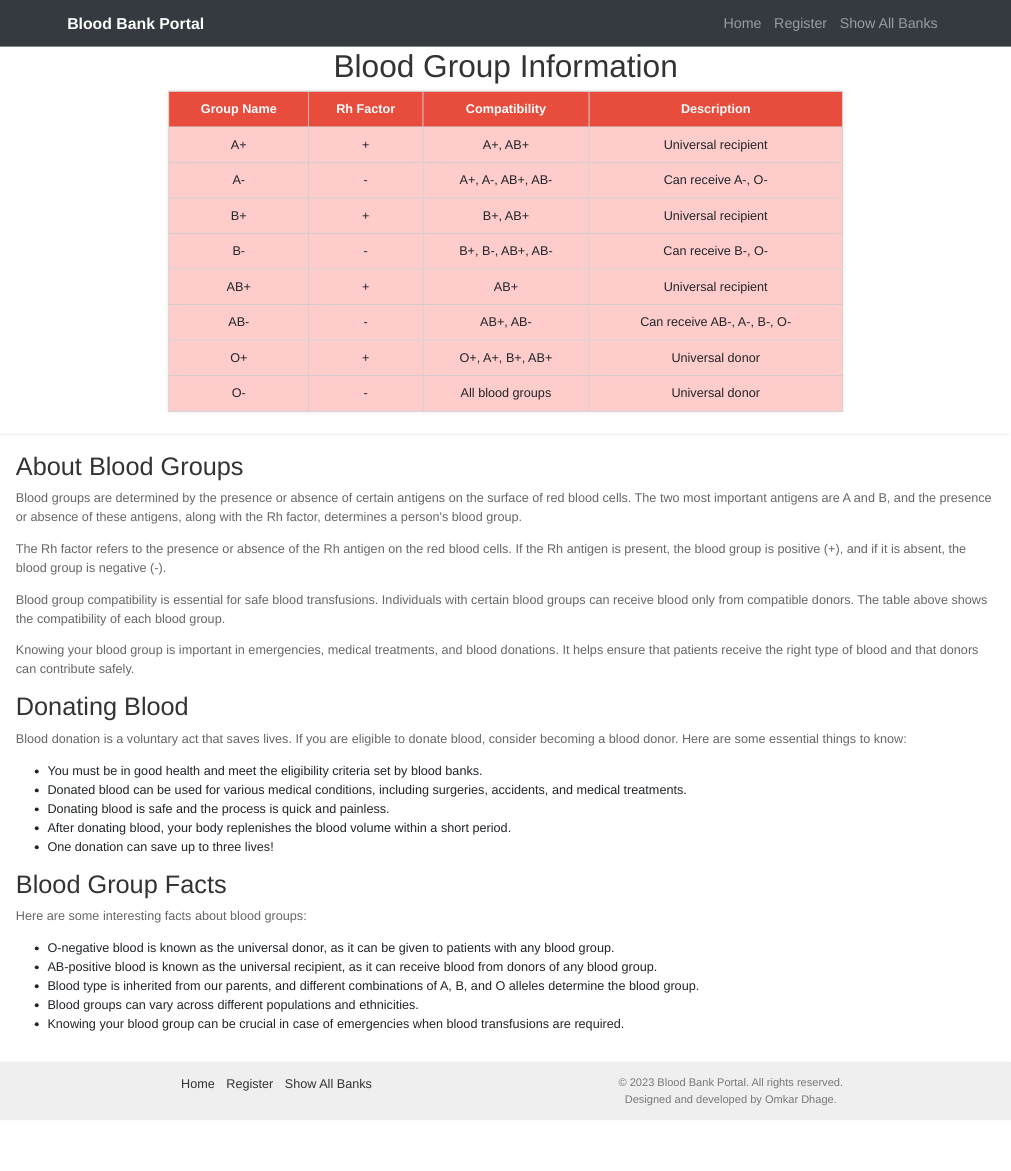
Repository: omi4535/Decentralized_Blood_Bank_System
Page: http://localhost/blood_bank_system/blood_groups_info.jsp
The author's editor kept a copy of each file at every save. The page is drawn from the files as they stood at one save, then again after the next save.
The browser window is 1280 px wide. The pictures show the whole page, at 79% of full size.
Some web libraries are served in a nearby version. The page is served by Tomcat 9. Other server files are loaded and not shown.

Above is the page before, as saved 2023-07-04 19:51:40.

### blood bank system/src/main/webapp/blood_groups_info.jsp
<%@ page language="java" contentType="text/html; charset=UTF-8"
    pageEncoding="UTF-8"%>
<!DOCTYPE html>
<html>
<head>
    <title>Blood Group Information</title>
    <style>
        body {
            font-family: Arial, sans-serif;
            margin: 20px;
            background-color: #f2f2f2;
        }

        h1 {
            text-align: center;
            color: #333;
        }

        table {
         text-align: center;
           width: 66.67%;
           	margin:  auto;
            border-collapse: collapse;
            margin-top: 20px;
            background-color: #fff;
            box-shadow: 0 0 5px rgba(0, 0, 0, 0.1);
        }

        th, td {
            padding: 10px;
            text-align: left;
            border-bottom: 1px solid #ddd;
        }

        th {
            background-color: #f5f5f5;
            font-weight: bold;
            color: #333;
        }

        .info-section {
            margin-top: 30px;
            padding: 20px;
            background-color: #fff;
            box-shadow: 0 0 5px rgba(0, 0, 0, 0.1);
        }

        .info-section h2 {
            color: #333;
            margin-bottom: 10px;
        }

        .info-section p {
            color: #666;
            line-height: 1.5;
        }
         table {
        width: 66.67%;
        margin: 0 auto;
        border-collapse: collapse;
    }

    th {
        background-color: #E74C3C; /* Red color for table header */
        color: #FFFFFF; /* White text color for table header */
        text-align: center;
        padding: 10px;
        border: 1px solid #CCCCCC;
    }

     td {

    background-color: #ffcccc;
     text-align: center;
        padding: 10px;
        border: 1px solid #CCCCCC; /* Light gray border color for table cells */
    }

    tr:nth-child(even) {
        background-color: #F2F2F2; /* Light gray background color for even rows */
    }

    tr:hover {
        background-color: #ff4d4d; /* Yellow background color for hover effect on rows */
    }
    </style>
</head>
<body>
 <%@ include file="NavBar.jsp"  %>
    <h1>Blood Group Information</h1>

    <table>
        <tr>
            <th>Group Name</th>
            <th>Rh Factor</th>
            <th>Compatibility</th>
            <th>Description</th>
        </tr>
        <tr>
            <td>A+</td>
            <td>+</td>
            <td>A+, AB+</td>
            <td>Universal recipient</td>
        </tr>
        <tr>
            <td>A-</td>
            <td>-</td>
            <td>A+, A-, AB+, AB-</td>
            <td>Can receive A-, O-</td>
        </tr>
        <tr>
            <td>B+</td>
            <td>+</td>
            <td>B+, AB+</td>
            <td>Universal recipient</td>
        </tr>
        <tr>
            <td>B-</td>
            <td>-</td>
            <td>B+, B-, AB+, AB-</td>
            <td>Can receive B-, O-</td>
        </tr>
        <tr>
            <td>AB+</td>
            <td>+</td>
            <td>AB+</td>
            <td>Universal recipient</td>
        </tr>
        <tr>
            <td>AB-</td>
            <td>-</td>
            <td>AB+, AB-</td>
            <td>Can receive AB-, A-, B-, O-</td>
        </tr>
        <tr>
            <td>O+</td>
            <td>+</td>
            <td>O+, A+, B+, AB+</td>
            <td>Universal donor</td>
        </tr>
        <tr>
            <td>O-</td>
            <td>-</td>
            <td>All blood groups</td>
            <td>Universal donor</td>
        </tr>
    </table>

    <div class="info-section">
          <h2>About Blood Groups</h2>
        <p>Blood groups are determined by the presence or absence of certain antigens on the surface of red blood cells. The two most important antigens are A and B, and the presence or absence of these antigens, along with the Rh factor, determines a person's blood group.</p>
        <p>The Rh factor refers to the presence or absence of the Rh antigen on the red blood cells. If the Rh antigen is present, the blood group is positive (+), and if it is absent, the blood group is negative (-).</p>
        <p>Blood group compatibility is essential for safe blood transfusions. Individuals with certain blood groups can receive blood only from compatible donors. The table above shows the compatibility of each blood group.</p>
        <p>Knowing your blood group is important in emergencies, medical treatments, and blood donations. It helps ensure that patients receive the right type of blood and that donors can contribute safely.</p>

        <h2>Donating Blood</h2>
        <p>Blood donation is a voluntary act that saves lives. If you are eligible to donate blood, consider becoming a blood donor. Here are some essential things to know:</p>
        <ul>
            <li>You must be in good health and meet the eligibility criteria set by blood banks.</li>
            <li>Donated blood can be used for various medical conditions, including surgeries, accidents, and medical treatments.</li>
            <li>Donating blood is safe and the process is quick and painless.</li>
            <li>After donating blood, your body replenishes the blood volume within a short period.</li>
            <li>One donation can save up to three lives!</li>
        </ul>
        <h2>Blood Group Facts</h2>
        <p>Here are some interesting facts about blood groups:</p>
        <ul>
            <li>O-negative blood is known as the universal donor, as it can be given to patients with any blood group.</li>
            <li>AB-positive blood is known as the universal recipient, as it can receive blood from donors of any blood group.</li>
            <li>Blood type is inherited from our parents, and different combinations of A, B, and O alleles determine the blood group.</li>
            <li>Blood groups can vary across different populations and ethnicities.</li>
            <li>Knowing your blood group can be crucial in case of emergencies when blood transfusions are required.</li>
        </ul></div>
     <%@ include file="footer.jsp"  %>
</body>
</html>

### blood bank system/src/main/webapp/NavBar.jsp
<%@ page language="java" contentType="text/html; charset=UTF-8"
    pageEncoding="UTF-8"%>
<!DOCTYPE html>
<html>
<head>
    <meta charset="UTF-8">
    <meta name="viewport" content="width=device-width, initial-scale=1.0">
    <title>Blood Bank Portal</title>
    <link rel="stylesheet" href="https://maxcdn.bootstrapcdn.com/bootstrap/4.5.2/css/bootstrap.min.css">
    <style>
        .navbar-brand {
            font-weight: bold;
        }

        .navbar-nav .nav-link {
            font-size: 18px;
        }
    </style>
</head>
<body>
    <nav class="navbar navbar-expand-lg navbar-dark bg-dark">
        <div class="container">
            <a class="navbar-brand" href="index.jsp">Blood Bank Portal</a>
            <button class="navbar-toggler" type="button" data-toggle="collapse" data-target="#navbarNav" aria-controls="navbarNav" aria-expanded="false" aria-label="Toggle navigation">
                <span class="navbar-toggler-icon"></span>
            </button>
            <div class="collapse navbar-collapse" id="navbarNav">
                <ul class="navbar-nav ml-auto">
                    <li class="nav-item">
                        <a class="nav-link" href="index.jsp">Home</a>
                    </li>
                    <li class="nav-item">
                        <a class="nav-link" href="registration.jsp">Register</a>
                    </li>
                    <li class="nav-item">
                        <a class="nav-link" href="/all_banks">Show All Banks</a>
                    </li>
                </ul>

            </div>
        </div>
    </nav>

</body>
</html>

### blood bank system/src/main/webapp/footer.jsp
<%@ page language="java" contentType="text/html; charset=UTF-8"
	pageEncoding="UTF-8"%>
<!DOCTYPE html>
<html lang="en">
<head>
<meta charset="UTF-8">
<meta name="viewport" content="width=device-width, initial-scale=1.0">
<title>Blood Bank Portal</title>
<link rel="stylesheet"
	href="https://maxcdn.bootstrapcdn.com/bootstrap/4.5.2/css/bootstrap.min.css">
<style>

*,
*:before,
*:after {
  -webkit-box-sizing: border-box;
  -moz-box-sizing:    border-box;
  box-sizing:         border-box;
}

html {
  height: 100%;
}

body {
  position: relative;
  margin: 0;
  padding-bottom: 4rem;
  min-height: 100%;
  font-family: "Helvetica Neue", Arial, sans-serif;
}

.footer {
	background-color: #f8f9fa;
	padding: 20px;
	position: relative;
	right: 0;
	bottom: 0;
	left: 0;
	padding: 1rem;
	background-color: #efefef;
	text-align: center;
}

.footer-links a {
	color: #333;
	margin-right: 10px;
}

.footer-info {
	color: #777;
	font-size: 14px;
}
</style>
</head>
<body>


	<footer class="footer">
		<div class="container">
			<div class="row">
				<div class="col-md-6">
					<div class="footer-links">
						<a href="index.jsp">Home</a>
						<a href="registration.jsp">Register</a>
						<a href="All_banks.jsp">Show All Banks</a>
					</div>
				</div>
				<div class="col-md-6">
					<div class="footer-info">
						&copy; 2023 Blood Bank Portal. All rights reserved. <br>
						Designed and developed by Omkar Dhage.
					</div>
				</div>
			</div>
		</div>
	</footer>

	<script src="https://code.jquery.com/jquery-3.5.1.slim.min.js"></script>
	<script
		src="https://cdn.jsdelivr.net/npm/@popperjs/core@1.16.0/dist/umd/popper.min.js"></script>
	<script
		src="https://maxcdn.bootstrapcdn.com/bootstrap/4.5.2/js/bootstrap.min.js"></script>
</body>
</html>

After the next save:
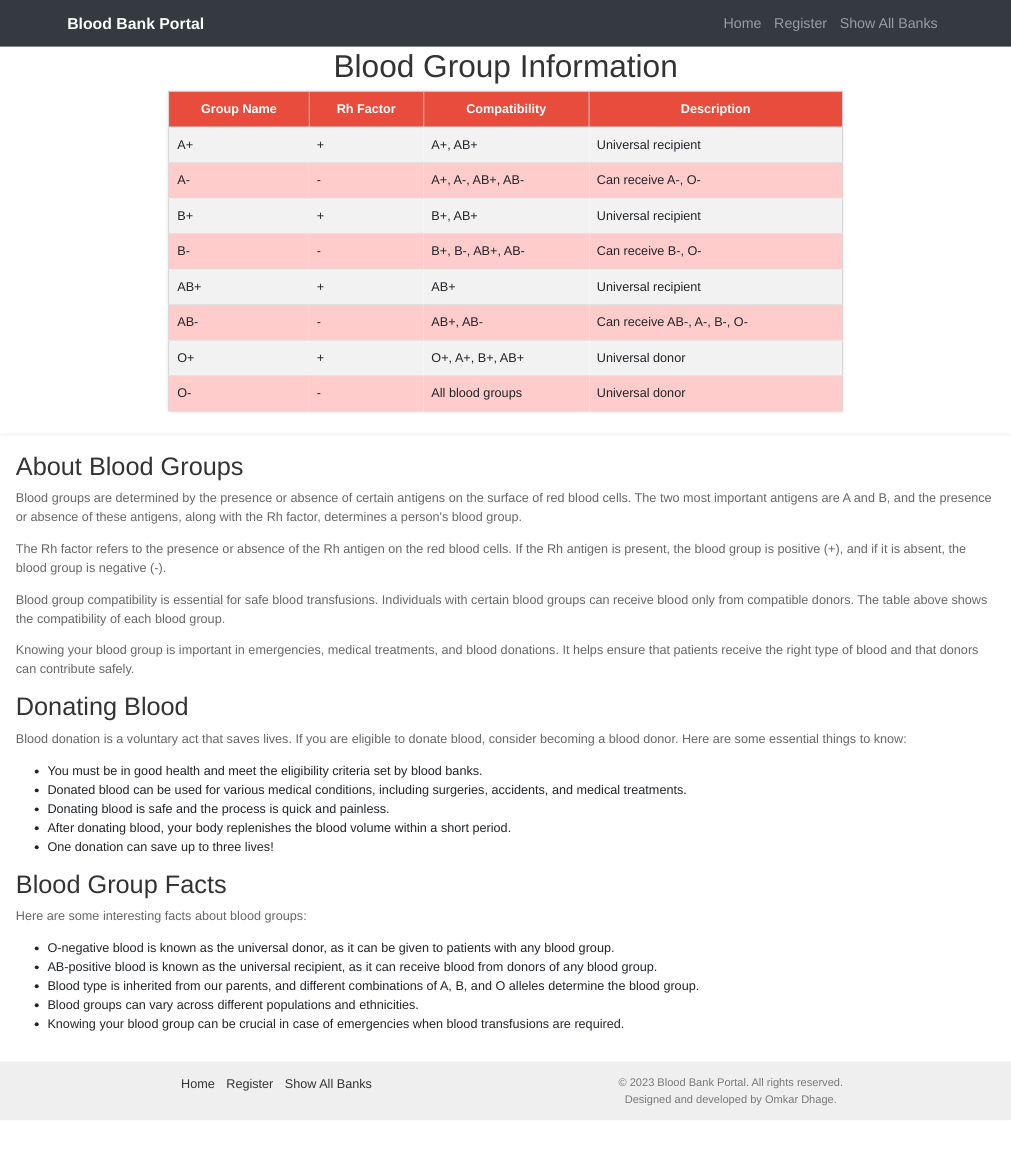
Saved 14 s later.
--- a/blood bank system/src/main/webapp/blood_groups_info.jsp
+++ b/blood bank system/src/main/webapp/blood_groups_info.jsp
@@ -68,7 +68,7 @@
         border: 1px solid #CCCCCC;
     }
 
-     td {
+    tr {
 
     background-color: #ffcccc;
      text-align: center;
